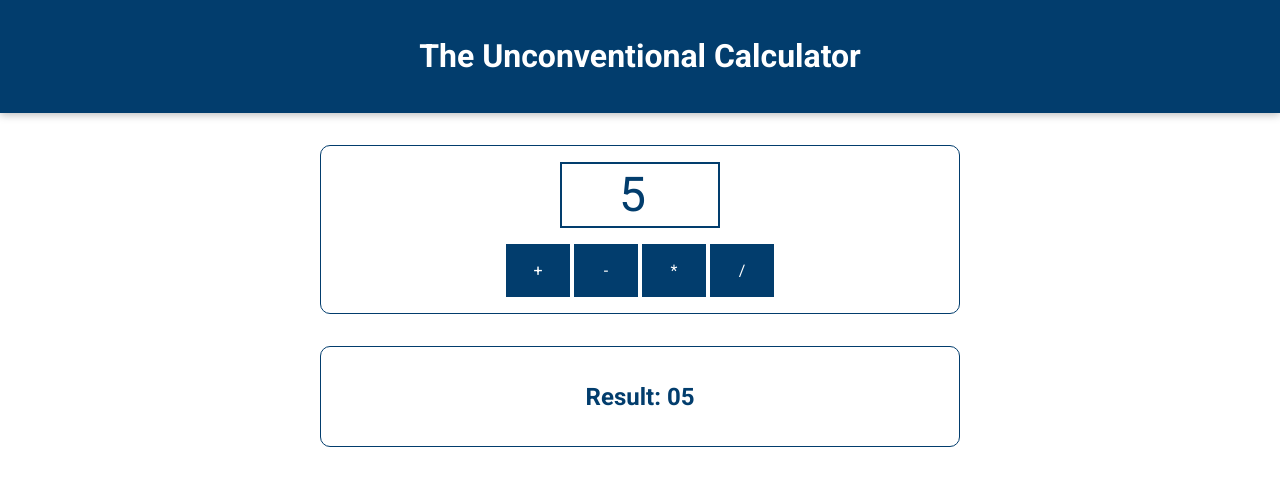
Repository: rafal-bedkowski/JSFundamentalCourse
Page: index.html
An editor plug-in stored every save of this project. The page is shown before and after the next save, followed by the edit.
The browser window is 1280 px wide. The pictures show the whole page.
Empty fields were first filled with sample values (such as "Sample", 5 or name@example.com).
After loading, the first visible `#btn-add` was clicked once.

Above is the page before, as saved 2022-09-07 10:36:53.

After the next save:
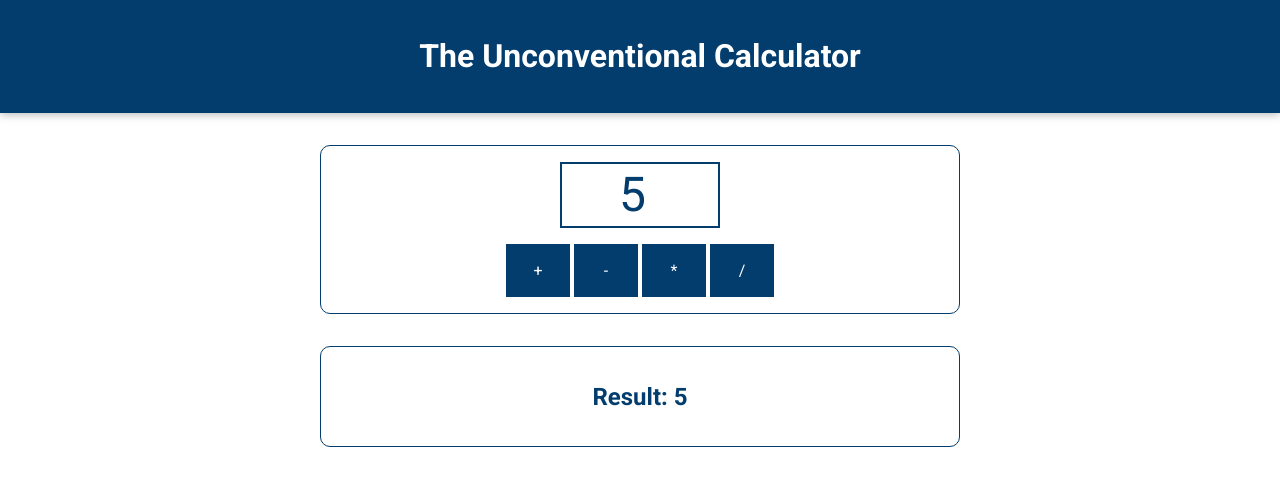
Saved 42 min 11 s later.
--- a/assets/scripts/app.js
+++ b/assets/scripts/app.js
@@ -2,7 +2,7 @@ const defaultResult = 0;
 let currentResult = defaultResult;
 
 function addition() {
-  currentResult = currentResult + userInput.value;
+  currentResult = currentResult + parseInt(userInput.value);
   outputResult(currentResult, '');
 }
 
